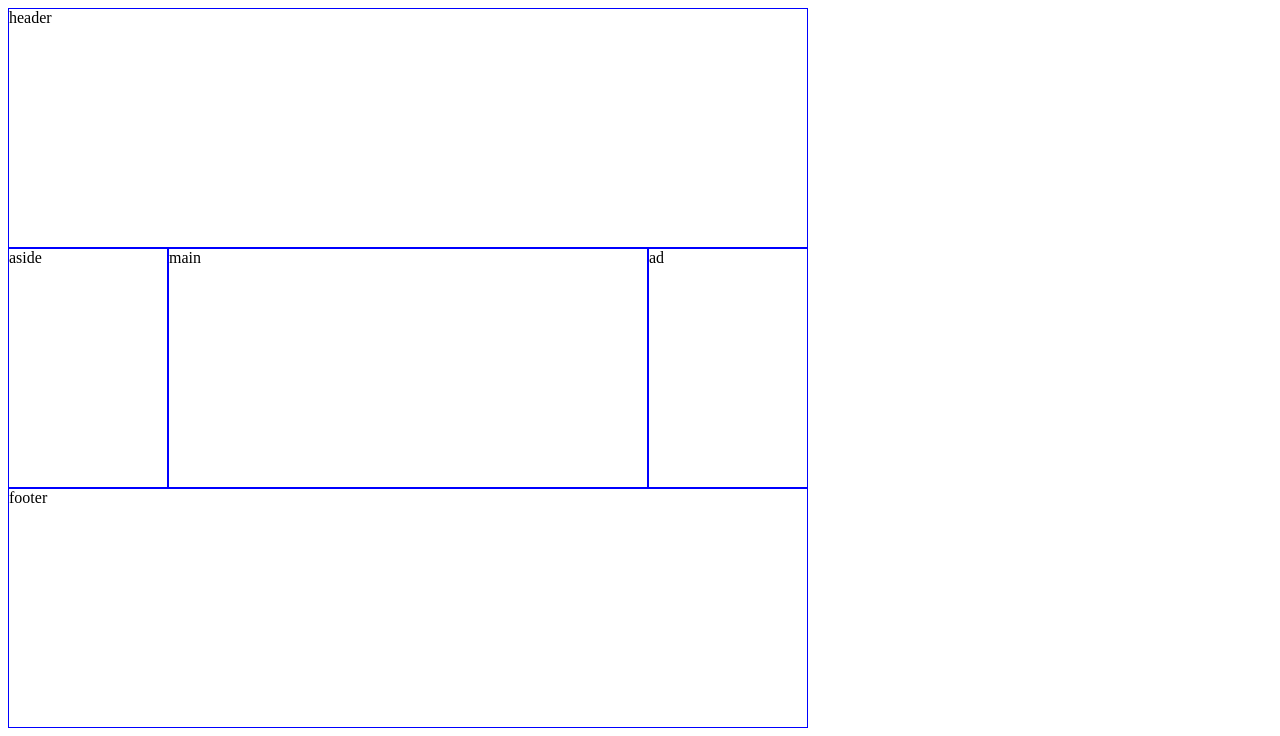
Repository: Lixianlai-2/Css-practice
Page: grid布局/template-area/index.html
The author's editor kept a copy of each file at every save. The page is drawn from the files as they stood at one save, then again after the next save.
The browser window is 1280 px wide. The pictures show the whole page.

Above is the page before, as saved 2021-12-05 10:50:20.

After the next save:
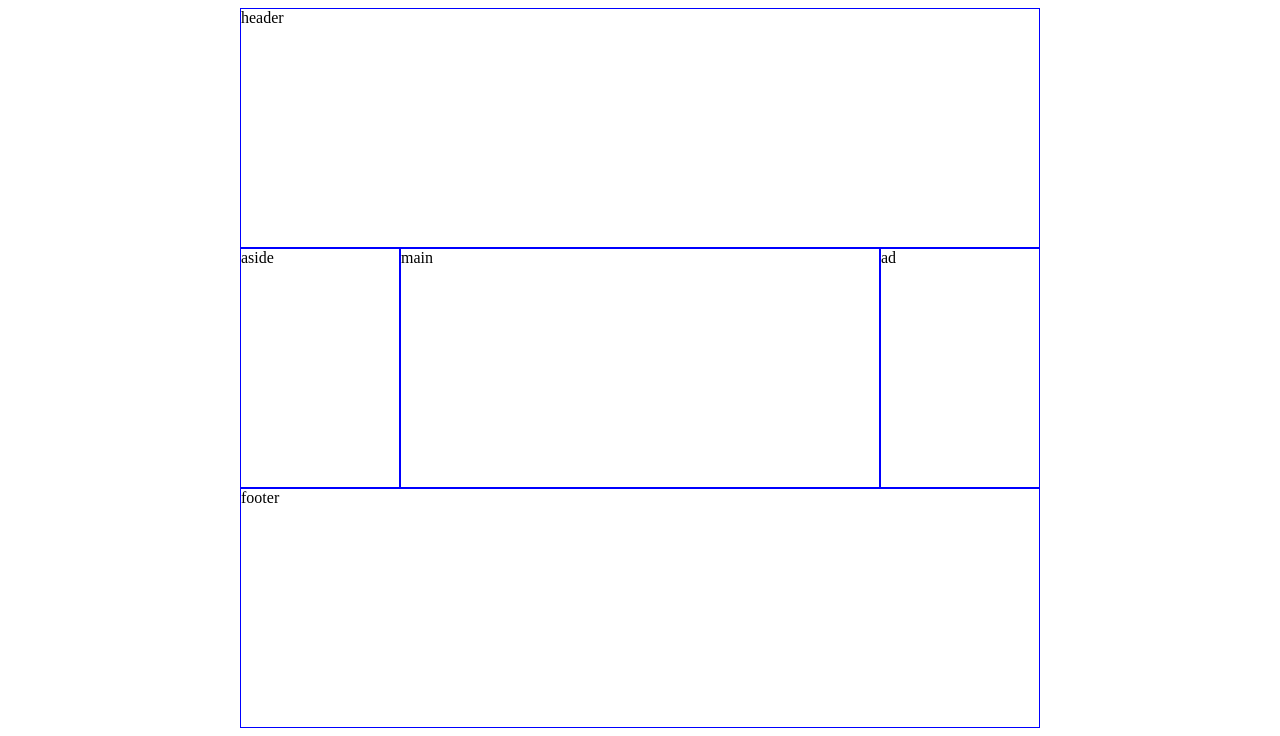
Saved 6 s later.
--- a/grid布局/template-area/style.css
+++ b/grid布局/template-area/style.css
@@ -1,5 +1,5 @@
 .container {
-  marigin-left: auto;
+  margin-left: auto;
   margin-right: auto;
   display: grid;
   grid-template-areas:
